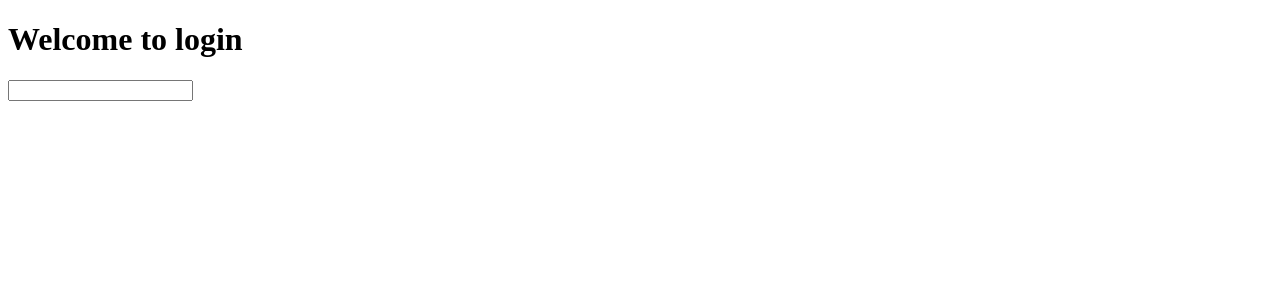
Repository: satishkumarms/WorkSpace
Page: http://localhost/MovieTicketBooking/login
These files come from the project's save history. The page is drawn as it stood at one moment and after the next save; the edit follows.
The browser window is 1280 px wide. The pictures show the whole page.
The page is served by Tomcat 9. Other server files are loaded and not shown.

Above is the page before, as saved 2018-07-21 06:48:38.

### MovieTicketBooking/WebContent/login.jsp
<%@ page language="java" contentType="text/html; charset=ISO-8859-1"
    pageEncoding="ISO-8859-1"%>
<!DOCTYPE html PUBLIC "-//W3C//DTD HTML 4.01 Transitional//EN" "http://www.w3.org/TR/html4/loose.dtd">
<html>
<head>
<meta http-equiv="Content-Type" content="text/html; charset=ISO-8859-1">
<title>Insert title here</title>
</head>
<body>
<h1> Welcome to login </h1>
<form action="movieLogin">
<input type="text" name="Login" value=""/></br>

</form>

</body>
</html>

### MovieTicketBooking/src/com/servlets/MovieServlet.java
package com.servlets;

import java.io.IOException;
import javax.servlet.ServletConfig;
import javax.servlet.ServletException;
import javax.servlet.annotation.WebServlet;
import javax.servlet.http.HttpServlet;
import javax.servlet.http.HttpServletRequest;
import javax.servlet.http.HttpServletResponse;

/**
 * Servlet implementation class MovieServlet
 */
@WebServlet(urlPatterns={"/login"})
public class MovieServlet extends HttpServlet {
	private static final long serialVersionUID = 1L;

	/**
	 * @see Servlet#init(ServletConfig)
	 */
	public void init(ServletConfig config) throws ServletException {
		// TODO Auto-generated method stub
		System.out.println("servlet started");
	}

	/**
	 * @see HttpServlet#doGet(HttpServletRequest request, HttpServletResponse response)
	 */
	protected void doGet(HttpServletRequest request, HttpServletResponse response) throws ServletException, IOException {
		// TODO Auto-generated method stub
		response.getWriter().append("Served at: ").append(request.getContextPath());
		request.getRequestDispatcher("login.jsp").forward(request, response);

	}

	/**
	 * @see HttpServlet#doPost(HttpServletRequest request, HttpServletResponse response)
	 */
	protected void doPost(HttpServletRequest request, HttpServletResponse response) throws ServletException, IOException {
		// TODO Auto-generated method stub
		doGet(request, response);
	}

}

After the next save:
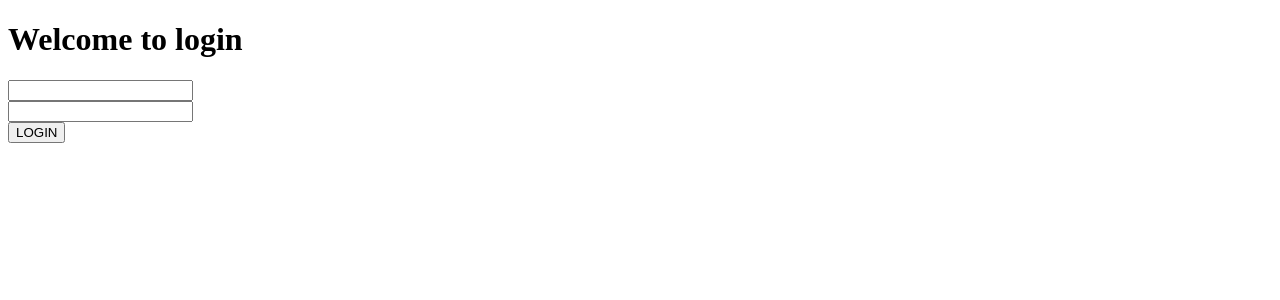
Saved 59 s later.
--- a/MovieTicketBooking/WebContent/login.jsp
+++ b/MovieTicketBooking/WebContent/login.jsp
@@ -9,8 +9,9 @@
 <body>
 <h1> Welcome to login </h1>
 <form action="movieLogin">
-<input type="text" name="Login" value=""/></br>
-
+<input type="text" name="login" value=""/></br>
+<input type="text" name="password" value=""/></br>
+<input type="submit"  value="LOGIN"/></br>
 </form>
 
 </body>
